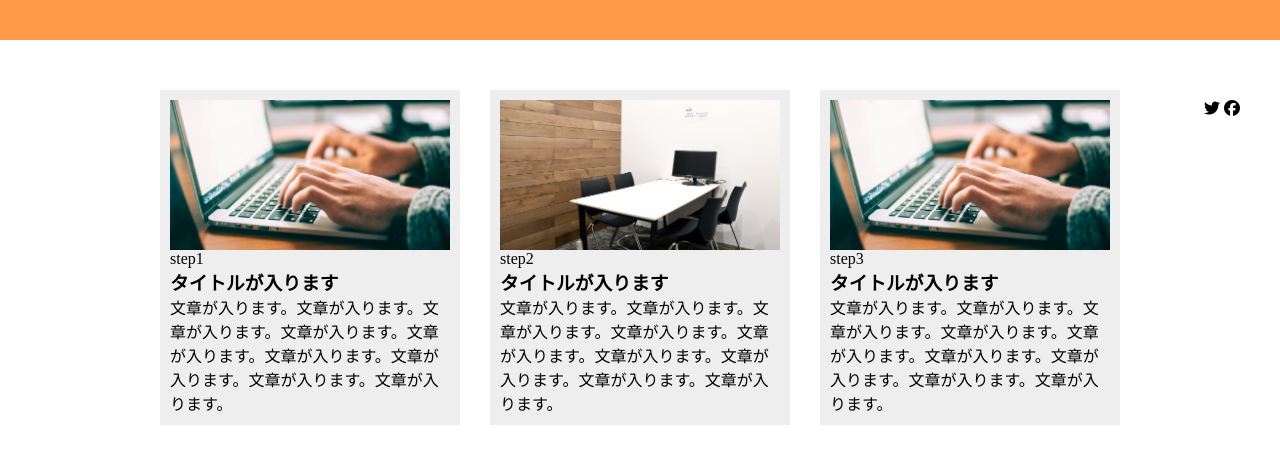
Repository: 825814/caravan2
Page: chapter9/index.html
The author's editor kept a record of every edit. The page is drawn from the files as they stood at one moment, then again after the next edit.
The browser window is 1280 px wide. The pictures show the whole page.
Some web libraries are served in a nearby version.

Above is the page before.

After the next edit:
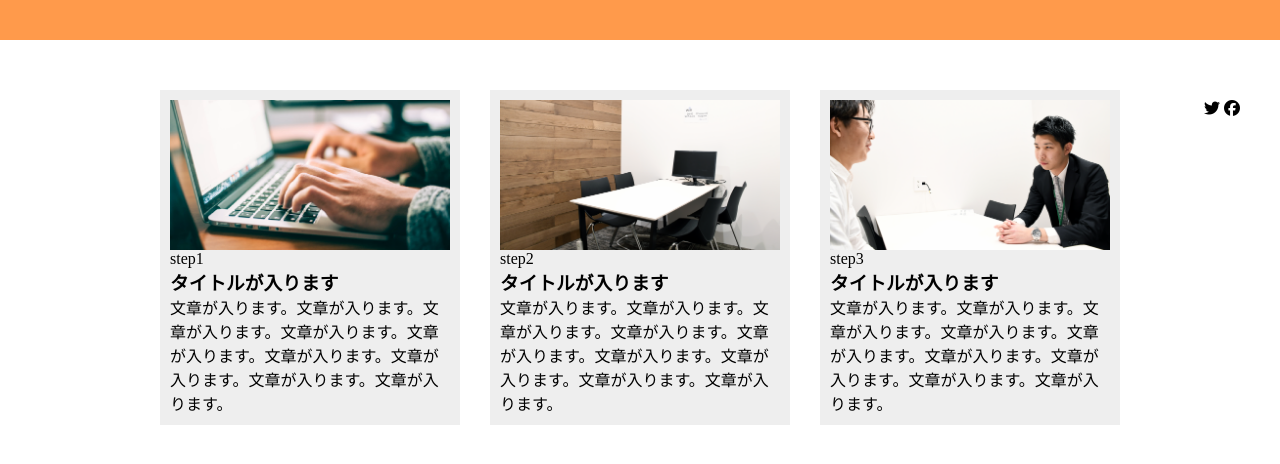
The edit:
--- a/chapter9/style.css
+++ b/chapter9/style.css
@@ -53,7 +53,7 @@
 
 .step-img3 {
   height: 150px;
-  background-image: url(img/flow01.png);
+  background-image: url(img/flow03.png);
   background-position: bottom;
   background-size: cover;
 }
